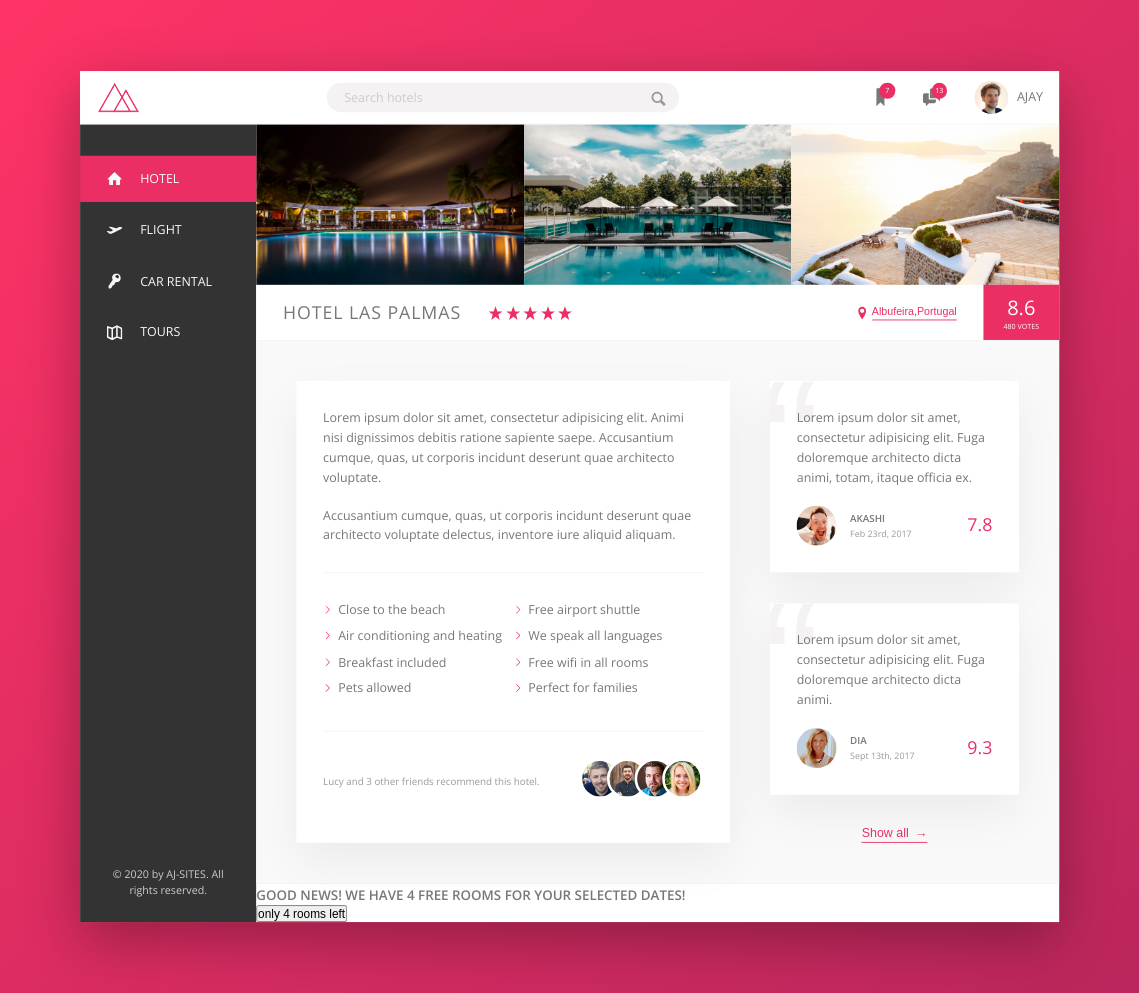
Repository: ajayaj2001/modern-Hotel
Page: /
These files come from the project's save history. The page is drawn as it stood at one moment and after the next save; the edit follows.
The browser window is 1280 px wide. The pictures show the whole page, at 89% of full size.
The project was rebuilt for these pictures with package versions that can differ from the ones it lists, and the page was loaded fresh each time.

Above is the page before, as saved 2020-12-14 10:41:18.

### public/index.html
<!DOCTYPE html>
<html lang="en">

<head>
  <meta charset="utf-8" />
  <link rel="icon" href="%PUBLIC_URL%/favicon.ico" />
  <meta name="viewport" content="width=device-width, initial-scale=1" />
  <meta name="theme-color" content="#000000" />
  <meta name="description" content="Web site created using create-react-app" />
  <link rel="apple-touch-icon" href="%PUBLIC_URL%/logo192.png" />
  <link rel="preconnect" href="https://fonts.gstatic.com">
  <link href="https://fonts.googleapis.com/css2?family=Open+Sans:wght@300;400;600&display=swap" rel="stylesheet">
  <!--
      manifest.json provides metadata used when your web app is installed on a
      user's mobile device or desktop. See https://developers.google.com/web/fundamentals/web-app-manifest/
    -->
  <link rel="manifest" href="%PUBLIC_URL%/manifest.json" />
  <!--
      Notice the use of %PUBLIC_URL% in the tags above.
      It will be replaced with the URL of the `public` folder during the build.
      Only files inside the `public` folder can be referenced from the HTML.

      Unlike "/favicon.ico" or "favicon.ico", "%PUBLIC_URL%/favicon.ico" will
      work correctly both with client-side routing and a non-root public URL.
      Learn how to configure a non-root public URL by running `npm run build`.
    -->
  <title>React App</title>
</head>

<body>
  <noscript>You need to enable JavaScript to run this app.</noscript>
  <div id="root"></div>
  <!--
      This HTML file is a template.
      If you open it directly in the browser, you will see an empty page.

      You can add webfonts, meta tags, or analytics to this file.
      The build step will place the bundled scripts into the <body> tag.

      To begin the development, run `npm start` or `yarn start`.
      To create a production bundle, use `npm run build` or `yarn build`.
    -->
</body>

</html>

### src/index.js
import React from 'react';
import ReactDOM from 'react-dom';
import './index.scss';
import App from '../src/app/App';

ReactDOM.render(
  <React.StrictMode>
    <App />
  </React.StrictMode>,
  document.getElementById('root')
);

### src/index.scss
@import "../src/scss/reuse.scss";
* {
  margin: 0;
  padding: 0;
}
:root {
  --color-primary: #eb2f64;
  --color-primary-light: #ff3366;
  --color-primary-dark: #ba265d;

  --color-gray-light-1: #faf9f9;
  --color-gray-light-2: #f4f2f2;
  --color-gray-light-3: #f0eeee;
  --color-gray-light-4: #ccc;

  --color-gray-dark-1: #333;
  --color-gray-dark-2: #777;
  --color-gray-dark-3: #999;

  --line: 1px solid var(--color-gray-light-2);
  --shadow-light: 0 2rem 5rem rgba(0, 0, 0, 0.06);
}
*,
*::before,
*::after {
  box-sizing: inherit;
}
html {
  box-sizing: border-box;
  font-size: 62.5%; //1rem=10px 10px/16px=62.5%
}
body {
  font-family: "Open Sans", sans-serif;
  -webkit-font-smoothing: antialiased;
  -moz-osx-font-smoothing: grayscale;
  font-family: "Open Sans", sans-serif;
  font-weight: 400;
  line-height: 1.6;
  background-image: linear-gradient(to right bottom, var(--color-primary-light), var(--color-primary-dark));
  background-size: cover;
  background-repeat: no-repeat;
  min-height: 100vh;
  color: var(--color-gray-dark-2);
}

### src/app/App.js
import React from 'react';
import Header from '../header/Header';
import Navigation from '../navigation/Navigation'
import Hotelview from '../hotel-view/Hotelview'
import './App.scss';
function App() {
  return (
    <div className="container">
      <Header />
      <div className="content">
        <Navigation />
        <Hotelview />
      </div>
    </div>
  );
}

export default App;

### src/scss/reuse.scss
// variables

// $primary: #eb2f64;
// $primary-light: #ff3366;
// $primary-dark: #ba265d;

// $gray-light-1: #faf9f9;
// $gray-light-2: #f4f2f2;
// $gray-light-3: #f0eeee;

// $gray-dark-1: #333;
// $gray-dark-2: #777;
// $gray-dark-3: #999;

### src/header/Header.js
import React from 'react'
import './Header.scss';
import logo from '../img/logo.png';
import user from '../img/user.jpg';
import svg from '../img/sprite.svg'
const Header = () => {
    return (
        <div className="header">
            <img src={logo} alt="logo" className="logo" />

            <form action="#" className="search">
                <input type="text" className="search__input" placeholder="Search hotels" />
                <button className="search__button">
                    <svg className="search__icon">
                        <use xlinkHref={`${svg}#icon-magnifying-glass`}></use>
                    </svg>
                </button>
            </form>
            <nav className="user-nav">
                <div className="user-nav__icon-box">
                    <svg className="user-nav__icon">
                        <use xlinkHref={`${svg}#icon-bookmark`}></use>
                    </svg>
                    <span className="user-nav__notification">7</span>
                </div>
                <div className="user-nav__icon-box">
                    <svg className="user-nav__icon">
                        <use xlinkHref={`${svg}#icon-chat`}></use>
                    </svg>
                    <span className="user-nav__notification">13</span>
                </div>
                <div className="user-nav__user">
                    <img src={user} alt="user-profile" className="user-nav__user-photo" />
                    <span className="user-nav__user-name">AJAY</span>
                </div>
            </nav>
        </div>
    )
}

export default Header

### src/navigation/Navigation.js
import React from 'react'
import './Navigation.scss'
import svg from '../img/sprite.svg'
const Navigation = () => {
    return (
        <React.Fragment>
            <nav className="sidebar">
                <ul className="side-nav">
                    <li className="side-nav__item side-nav__item--active">
                        <a href="#home" className="side-nav__link">
                            <svg className="side-nav__icon">
                                <use xlinkHref={`${svg}#icon-home`}></use>
                            </svg>
                            <span className="side-nav__text">hotel</span>
                        </a>
                    </li>
                    <li className="side-nav__item">
                        <a href="#flight" className="side-nav__link">
                            <svg className="side-nav__icon">
                                <use xlinkHref={`${svg}#icon-aircraft-take-off`}></use>
                            </svg>
                            <span className="side-nav__text">flight</span>
                        </a>
                    </li>
                    <li className="side-nav__item">
                        <a href="#car-rental" className="side-nav__link">
                            <svg className="side-nav__icon">
                                <use xlinkHref={`${svg}#icon-key`}></use>
                            </svg>
                            <span className="side-nav__text">car rental</span>
                        </a>
                    </li>
                    <li className="side-nav__item">
                        <a href="#tours" className="side-nav__link">
                            <svg className="side-nav__icon">
                                <use xlinkHref={`${svg}#icon-map`}></use>
                            </svg>
                            <span className="side-nav__text">tours</span>
                        </a>
                    </li>
                </ul>
                <div className="legal">
                    &copy; 2020 by AJ-SITES. All rights reserved.
                </div>
            </nav>
        </React.Fragment>
    )
}

export default Navigation

### src/hotel-view/Hotelview.js
import React from 'react'
import Actionbutton from './button/Actionbutton'
import Detail from './detail/Detail'
import './Hotelview.scss'
import Overview from './overview/Overview'
const Hotelview = () => {
    return (
        <React.Fragment>
            <main className="hotelview">
                <Overview />
                <Detail />
                <Actionbutton />
            </main>
        </React.Fragment>
    )
}

export default Hotelview

### src/app/App.scss
.container {
    max-width: 110rem;
    margin: 8rem auto;
    background-color: var(--color-gray-light-2);
    box-shadow: 0 2rem 6rem rgba(black, 0.3);
    min-height: 50rem;
}
.content {
    display: flex;
}

### src/header/Header.scss
.header {
    height: 6rem;
    background-color: #fff;
    border-bottom: var(--line);
    display: flex;
    justify-content: space-between;
    align-items: center;
}
.logo {
    height: 3.25rem;
    margin-left: 2rem;
}
.search {
    display: flex;
    flex: 0 0 40%;
    align-items: center;
    justify-content: center;

    &__input {
        font-family: inherit;
        font-size: 1.4rem;
        color: inherit;
        background-color: var(--color-gray-light-2);
        border: none;
        padding: 0.7rem 2rem;
        border-radius: 10rem;
        width: 90%;
        transition: all 0.3s;
        margin-right: -3.25rem;
        &:focus {
            outline: none;
            width: 100%;
            background-color: var(--color-gray-light-3);
        }
        &::-webkit-input-placeholder {
            font-weight: 100;
            color: var(--color-gray-light-4);
        }
    }
    &__input:focus + &__button {
        background-color: var(--color-gray-light-3);
    }
    &__button {
        height: 2.8rem;
        border: none;
        background-color: var(--color-gray-light-2);
        &:focus {
            outline: none;
        }
        &:active {
            transform: translateY(2px);
        }
    }
    &__icon {
        height: 3rem;
        width: 2rem;
        fill: var(--color-gray-dark-3);
    }
}

.user-nav {
    align-self: stretch;
    display: flex;
    align-items: center;
    cursor: pointer;
    & > * {
        height: 100%;
        padding: 0 1.8rem;
        display: flex;
        align-items: center;
    }
    & > *:hover {
        background-color: var(--color-gray-light-2);
    }
    &__icon-box {
        position: relative;
    }
    &__icon {
        height: 2.25rem;
        width: 2.25rem;
        fill: var(--color-gray-dark-2);
    }
    &__notification {
        font-size: 0.8rem;
        height: 1.75rem;
        width: 1.75rem;
        border-radius: 50%;
        background-color: var(--color-primary);
        color: #fff;
        position: absolute;
        top: 1.3rem;
        right: 1.3rem;
        display: flex;
        justify-content: center;
        align-items: center;
    }
    &__user-photo {
        height: 3.75rem;
        border-radius: 50%;
        margin-right: 1rem;
    }
    &__user-name {
        font-size: 1.4rem;
    }
}

### src/navigation/Navigation.scss
.sidebar {
    background-color: var(--color-gray-dark-1);
    flex: 0 0 18%;
    display: flex;
    flex-direction: column;
    justify-content: space-between;
}
.side-nav {
    font-size: 1.4rem;
    list-style: none;
    margin-top: 3.5rem;
    &__item {
        position: relative;
        &:not(:last-child) {
            margin-bottom: 0.5rem;
        }
    }
    &__item::before {
        content: "";
        position: absolute;
        top: 0;
        left: 0;
        height: 100%;
        width: 3px;
        background-color: var(--color-primary);
        transform: scaleY(0);
        transition: transform 0.2s, width 0.4s cubic-bezier(1, 0, 0, 1) 0.2s, background-color 0.1s;
    }
    &__item:hover::before,
    &__item--active::before {
        transform: scaleY(1);
        width: 100%;
    }
    &__item:active::before {
        background-color: var(--color-primary-light);
    }
    &__link:link,
    &__link:visited {
        position: relative;
        color: var(--color-gray-light-1);
        text-decoration: none;
        text-transform: uppercase;
        display: block;
        padding: 1.5rem 3rem;
        display: flex;
        align-items: center;
        z-index: 20;
    }
    &__icon {
        width: 1.75rem;
        height: 1.75rem;
        fill: currentColor;
        margin-right: 2rem;
    }
}
.legal {
    font-size: 1.2rem;
    text-align: center;
    padding: 2.5rem;
    color: var(--color-gray-light-4);
}

### src/hotel-view/button/Actionbutton.js
import React from 'react'
import './Actionbutton.scss'
const Actionbutton = () => {
    return (
        <div>
            <div className="ctn">
                <h2 className="ctn__book-now">
                    GOOD NEWS! WE HAVE 4 FREE ROOMS FOR YOUR SELECTED DATES!
                </h2>
                <button className="btn">only 4 rooms left</button>
            </div>
        </div>
    )
}

export default Actionbutton

### src/hotel-view/Hotelview.scss
.hotelview {
    background-color: #fff;
    flex: 1;
}

### src/hotel-view/overview/Overview.js
import React from 'react'
import './Overview.scss'
import hotel1 from '../../img/hotel-1.jpg'
import hotel2 from '../../img/hotel-2.jpg'
import hotel3 from '../../img/hotel-3.jpg'
import svg from '../../img/sprite.svg'
const Overview = () => {
    return (
        <React.Fragment>
            <div className="gallery">
                <figure className="gallery__item">
                    <img src={hotel1} alt="hotel building" className="gallery__photo" />
                </figure>
                <figure className="gallery__item">
                    <img src={hotel2} alt="hotel building" className="gallery__photo" />
                </figure>
                <figure className="gallery__item">
                    <img src={hotel3} alt="hotel building" className="gallery__photo" />
                </figure>
            </div>
            <div className="overview">
                <h1 className="overview__heading">
                    HOTEL LAS PALMAS
                </h1>
                <div className="overview__stars">
                    <svg className="overview__icon-star">
                        <use xlinkHref={`${svg}#icon-star`}></use>
                    </svg>
                    <svg className="overview__icon-star">
                        <use xlinkHref={`${svg}#icon-star`}></use>
                    </svg>
                    <svg className="overview__icon-star">
                        <use xlinkHref={`${svg}#icon-star`}></use>
                    </svg>
                    <svg className="overview__icon-star">
                        <use xlinkHref={`${svg}#icon-star`}></use>
                    </svg>
                    <svg className="overview__icon-star">
                        <use xlinkHref={`${svg}#icon-star`}></use>
                    </svg>
                </div>
                <div className="overview__location">
                    <svg className="overview__icon-location">
                        <use xlinkHref={`${svg}#icon-location-pin`}></use>
                    </svg>
                    <button className="btn-inline">Albufeira,Portugal</button>
                </div>
                <div className="overview__rating">
                    <div className="overview__rating-average">8.6</div>
                    <div className="overview__rating-count">480 votes</div>
                </div>
            </div>
        </React.Fragment>
    )
}

export default Overview

### src/hotel-view/detail/Detail.scss
.detail {
    display: flex;
    padding: 4.5rem;
    background-color: var(--color-gray-light-1);
    border-bottom: var(--line);
    font-size: 1.4rem;
}
.description {
    flex: 0 0 60%;
    background-color: #fff;
    margin-right: 4.5rem;
    box-shadow: var(--shadow-light);
    padding: 3rem;
}
.user-review {
    flex: 1;
    display: flex;
    flex-direction: column;
    align-items: center;
}
.paragraph:not(:last-of-type) {
    margin-bottom: 2rem;
}
.list {
    margin: 3rem 0;
    list-style: none;
    padding: 3rem 0;
    border-top: var(--line);
    border-bottom: var(--line);
    display: flex;
    flex-wrap: wrap;
    &__item {
        width: 50%;
        margin-bottom: 0.7rem;
    }
    &__item::before {
        content: "";
        display: inline-block;
        height: 1rem;
        width: 1rem;
        margin-right: 0.7rem;
        // background-image: url(../../img/chevron-thin-right.svg);
        // background-size: cover;
        background-color: var(--color-primary);
        -webkit-mask-image: url(../../img/chevron-thin-right.svg);
        -webkit-mask-size: cover;
        mask-image: url(../../img/chevron-thin-right.svg);
        mask-size: cover;
    }
}
.recommend {
    font-size: 1.1rem;
    color: var(--color-gray-dark-3);
    display: flex;
    align-items: center;
    // justify-content: space-between;
    &__count {
        margin-right: auto;
    }
    &__photo {
        box-sizing: content-box;
        height: 4rem;
        width: 4rem;
        border-radius: 50%;
        border: 3px solid #fff;
        &:not(:last-child) {
            margin-right: -1.5rem;
        }
    }
}

### src/hotel-view/detail/review/Review.js
import React from 'react'
import './Review.scss'
const Review = (props) => {
    return (
        <React.Fragment>
            <figure className="review" >
                <blockquote className="review__text">
                    {props.text}
                </blockquote>
                <figcaption className="review__user">
                    <img src={props.image} alt="reviewer" className="review__photo" />
                    <div className="review__user-box">
                        <p className="review__user-name">{props.name}</p>
                        <p className="review__user-date">{props.date}</p>
                    </div>
                    <div className="review__rating">{props.rating}</div>
                </figcaption>
            </figure>
        </React.Fragment>
    )
}

export default Review

### src/hotel-view/overview/Overview.scss
.gallery {
    display: flex;
    &__photo {
        width: 100%;
        display: block;
    }
}

.overview {
    background-color: white;
    display: flex;
    align-items: center;
    border-bottom: var(--line);
    &__heading {
        font-size: 2rem;
        font-weight: 300;
        text-transform: uppercase;
        letter-spacing: 1px;
        padding: 1.5rem 3rem;
    }
    &__stars {
        margin-right: auto;
        display: flex;
    }
    &__icon-star,
    &__icon-location {
        width: 1.75rem;
        height: 1.75rem;
        fill: var(--color-primary);
        margin-right: 0.2rem;
    }
    &__location {
        font-size: 1.2rem;
        display: flex;
        align-items: center;
    }
    &__rating {
        align-self: stretch;
        align-items: center;
        background-color: var(--color-primary);
        padding: 0 2.25rem;
        color: #fff;

        display: flex;
        flex-direction: column;
        align-items: center;
        justify-content: center;
        margin-left: 3rem;
        &-average {
            font-size: 2.25rem;
            font-weight: 300;
            margin-bottom: -3px;
        }
        &-count {
            font-size: 0.8rem;
            text-transform: uppercase;
        }
    }
}

.btn-inline {
    border: none;
    color: var(--color-primary);
    font-size: inherit;
    border-bottom: 1px solid currentColor;
    padding-bottom: 2px;
    display: inline-block;
    background-color: transparent;
    cursor: pointer;
    transition: all 0.2s;
    &:hover {
        color: var(--color-gray-dark-1);
        span {
            margin-left: 0.8rem;
            transition: margin-left 0.2s;
        }
    }

    &:focus {
        outline: none;
        animation: pulsate 1s infinite;
    }
    & span {
        margin-left: 3px;
    }
}

@keyframes pulsate {
    0% {
        transform: scale(1);
        box-shadow: none;
    }
    50% {
        transform: scale(1.03);
        box-shadow: 0 1rem 1rem rgba(0, 0, 0, 0.25);
    }
    100% {
        transform: scale(1);
        box-shadow: none;
    }
}

### src/hotel-view/detail/review/Review.scss
.review {
    background-color: #fff;
    box-shadow: var(--shadow-light);
    padding: 3rem;
    margin-bottom: 3.5rem;
    position: relative;
    overflow: hidden;
    &__text {
        margin-bottom: 2rem;
        z-index: 10;
        position: relative;
    }
    &__user {
        display: flex;
        align-items: center;
    }
    &__user-box {
        padding: 0 1.5rem;
    }
    &__user-name {
        font-size: 1.1rem;
        font-weight: 600;
        text-transform: uppercase;
    }
    &__user-date {
        font-size: 1rem;
        color: var(--color-gray-dark-3);
    }
    &__photo {
        height: 4.5rem;
        width: 4.5rem;
        border-radius: 50%;
    }
    &__rating {
        margin-left: auto;
        font-size: 2rem;
        color: var(--color-primary);
        font-weight: 300;
    }
    &::before {
        content: "\201C";
        position: absolute;
        top: -3rem;
        left: -1rem;
        font-size: 20rem;
        color: var(--color-gray-light-2);
        font-family: sans-serif;
        line-height: 1;
        z-index: 1;
    }
}

### src/hotel-view/button/Actionbutton.scss
.cta {
    display: flex;
    justify-content: center;
    padding: 3.5rem 5rem;
    text-align: center;
    &__book-now {
        text-transform: uppercase;
        font-size: 1.2rem;
        font-weight: 300;
        margin-bottom: 2.5rem;
    }
}

Loaded but not shown: src/hotel-view/detail/Detail.js (69 lines, source omitted)

After the next save:
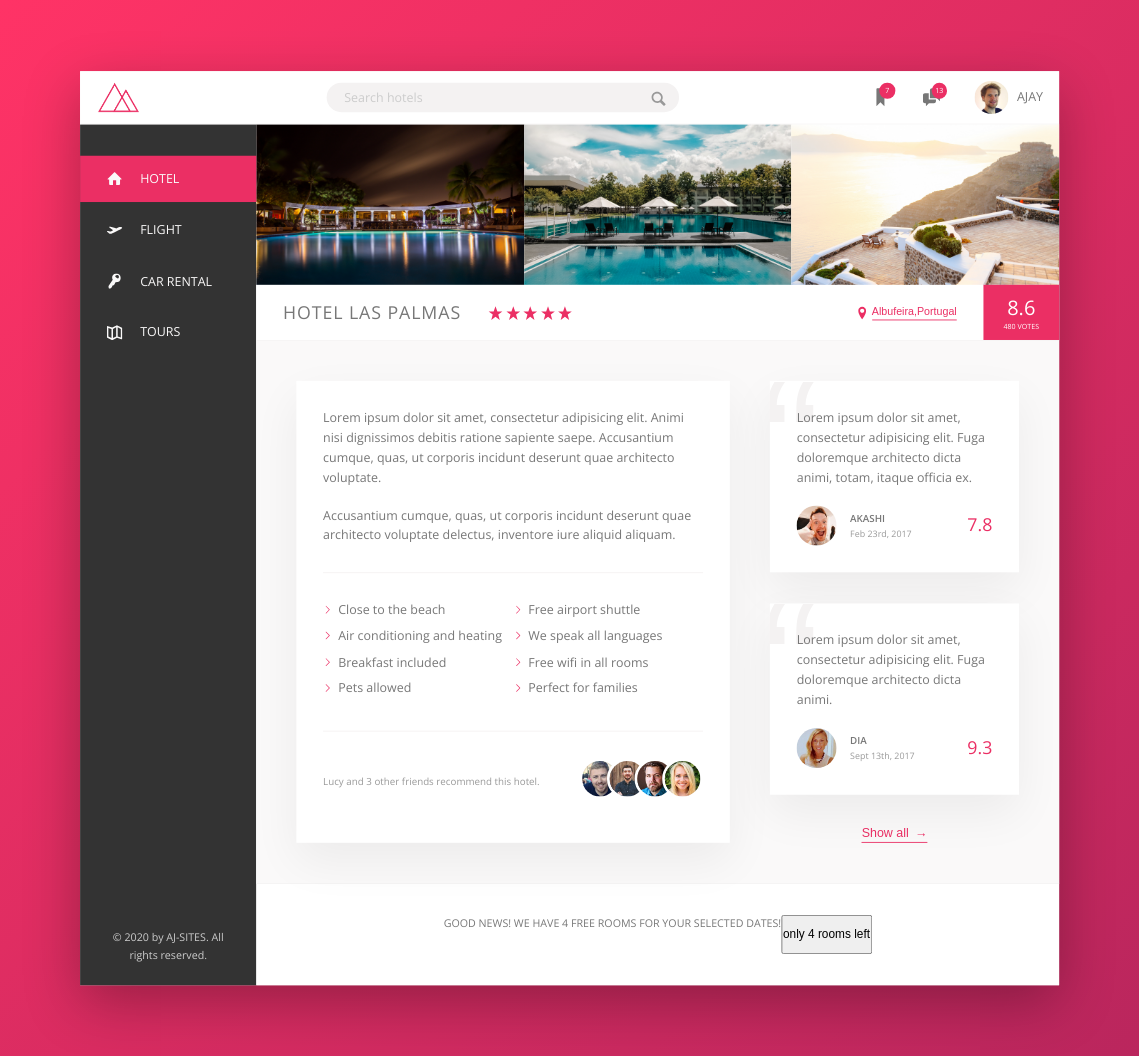
Saved 73 s later.
--- a/src/hotel-view/button/Actionbutton.js
+++ b/src/hotel-view/button/Actionbutton.js
@@ -3,8 +3,8 @@ import './Actionbutton.scss'
 const Actionbutton = () => {
     return (
         <div>
-            <div className="ctn">
-                <h2 className="ctn__book-now">
+            <div className="cta">
+                <h2 className="cta__book-now">
                     GOOD NEWS! WE HAVE 4 FREE ROOMS FOR YOUR SELECTED DATES!
                 </h2>
                 <button className="btn">only 4 rooms left</button>
